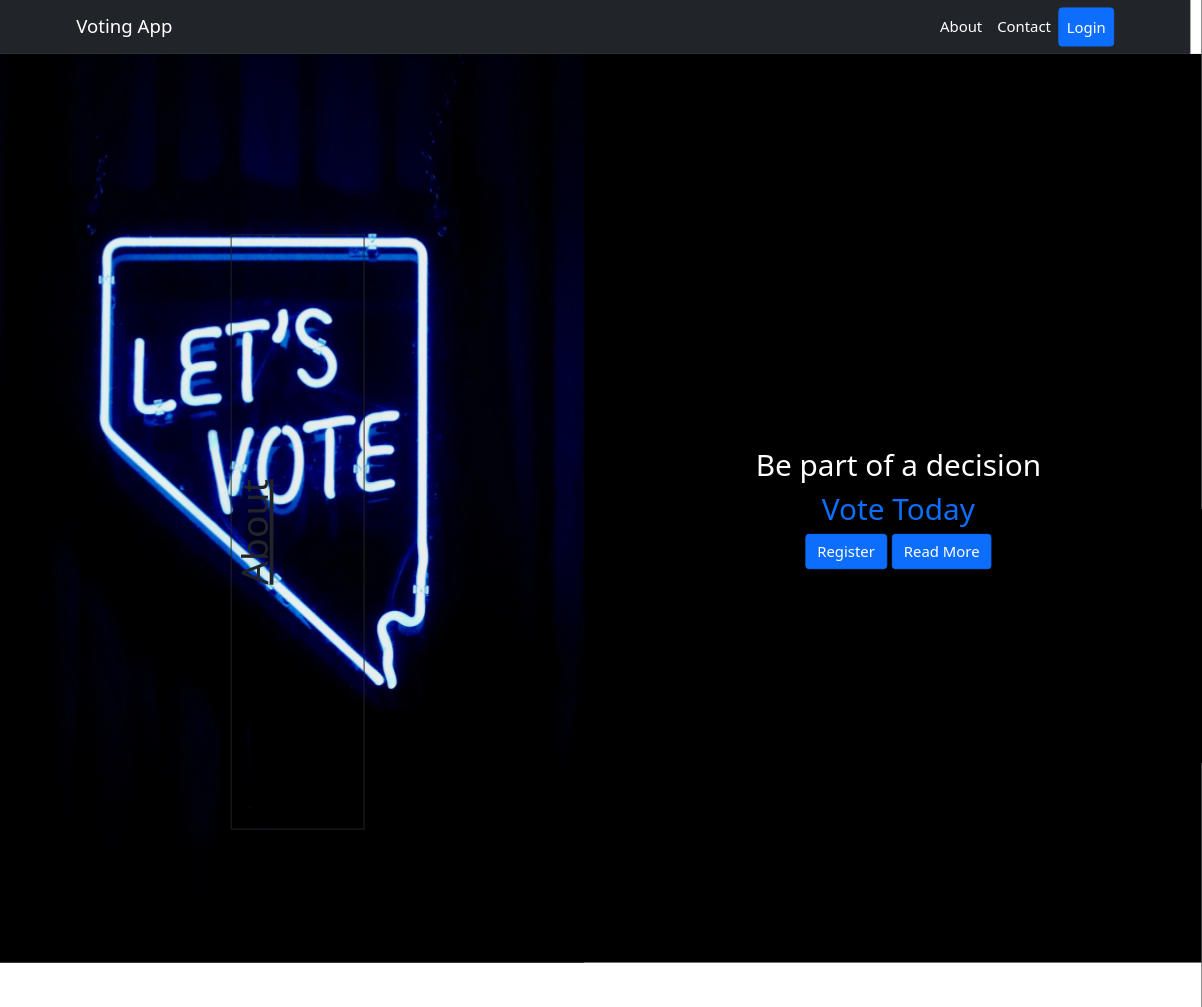
Repository: DavidManiIbrahim/Voting-app
Page: index.html
An editor plug-in stored every save of this project. The page is shown before and after the next save, followed by the edit.
The browser window is 1280 px wide. The page is 1292 px wide, so the pictures cover 1292 px, including what lies to the right of the window. The pictures show the whole page, at 93% of full size.

Above is the page before, as saved 2025-01-18 04:01:58.

After the next save:
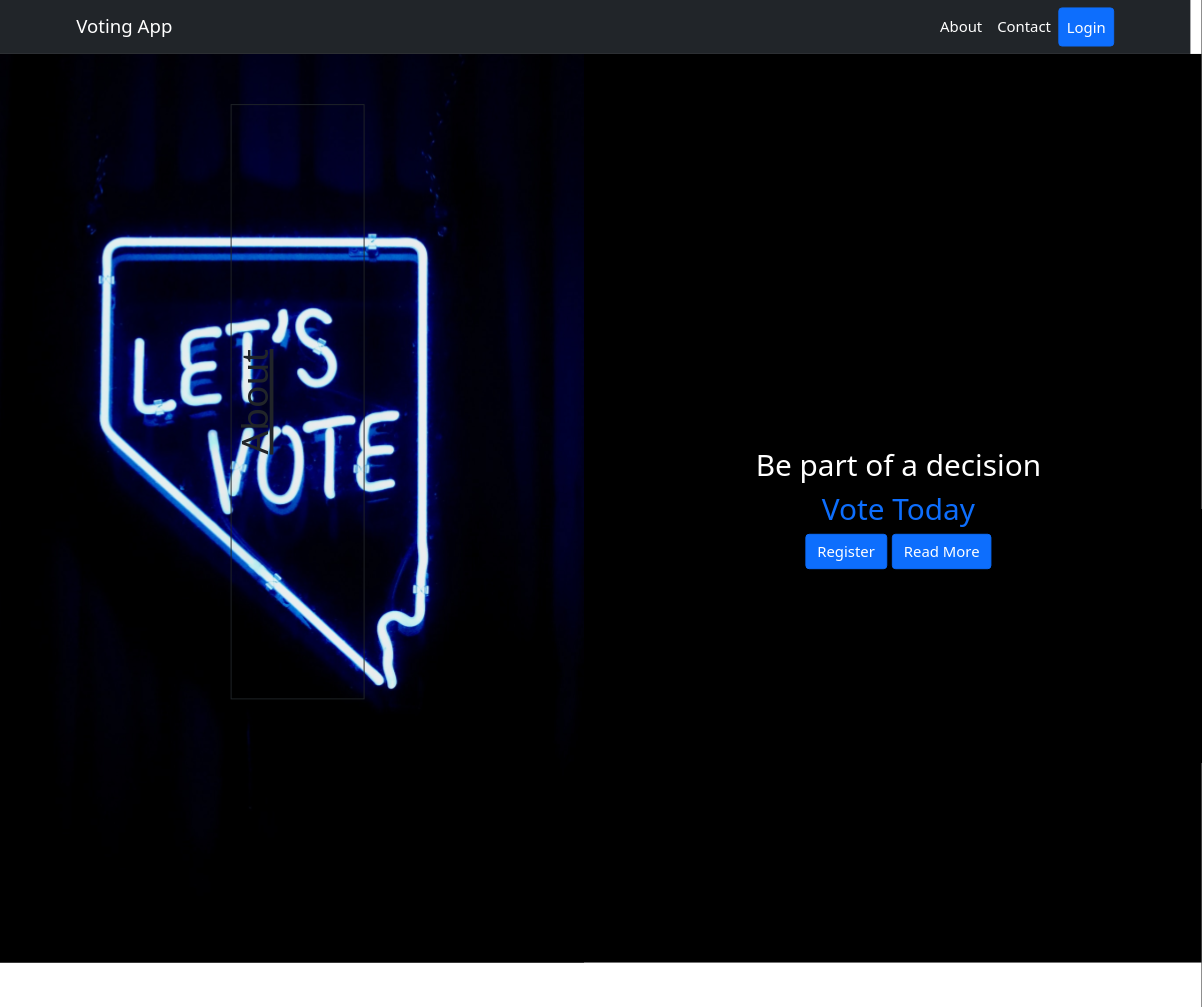
Saved 12 s later.
--- a/styles.css
+++ b/styles.css
@@ -14,6 +14,6 @@
     width:50%;
     height:20vh;
     position: absolute;
-    top: 500px;
+    top: 50%;
     text-align: center;
 }
